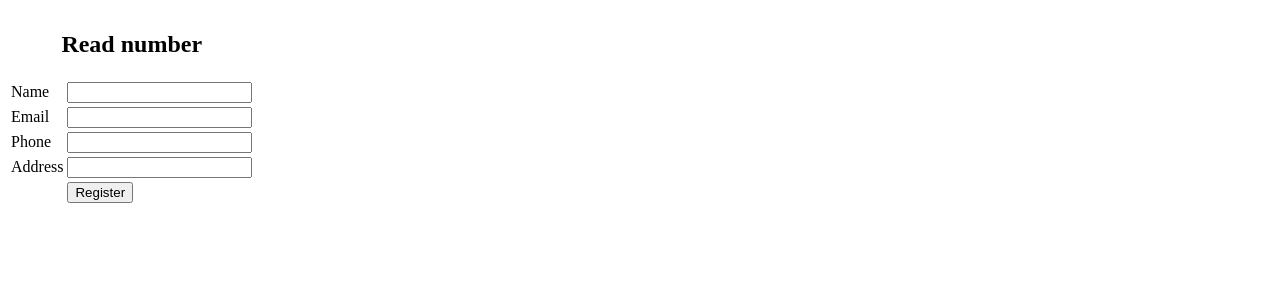
Repository: nguyenhung50497/MD3_templateStaticFile
Page: BT_ungDungDocSoThanhChu/views/index.html
An editor plug-in stored every save of this project. The page is shown before and after the next save, followed by the edit.
The browser window is 1280 px wide. The pictures show the whole page.

Above is the page before, as saved 2022-12-14 13:39:46.

### BT_ungDungDocSoThanhChu/views/index.html
<!DOCTYPE html>
<html lang="en">
<head>
    <meta charset="UTF-8">
    <title>Register</title>
</head>
<body>
<form action="/upload" method="post" enctype="multipart/form-data">
    <table>
        <tr>
            <td colspan="2">
                <h2 style="text-align: center">Read number</h2>
            </td>
        </tr>
        <tr>
            <td>Name</td>
            <td><input type="text" name="name" required></td>
        </tr>
        <tr>
            <td>Email</td>
            <td><input type="text" name="email" required></td>
        </tr>
        <tr>
            <td>Phone</td>
            <td><input type="text" name="phone" required></td>
        </tr>
        <tr>
            <td>Address</td>
            <td><input type="text" name="address" required></td>
        </tr>
        <tr>
            <td></td>
            <td>
                <button type="submit">Register</button></td>
        </tr>
    </table>
</form>
</body>
</html>

After the next save:
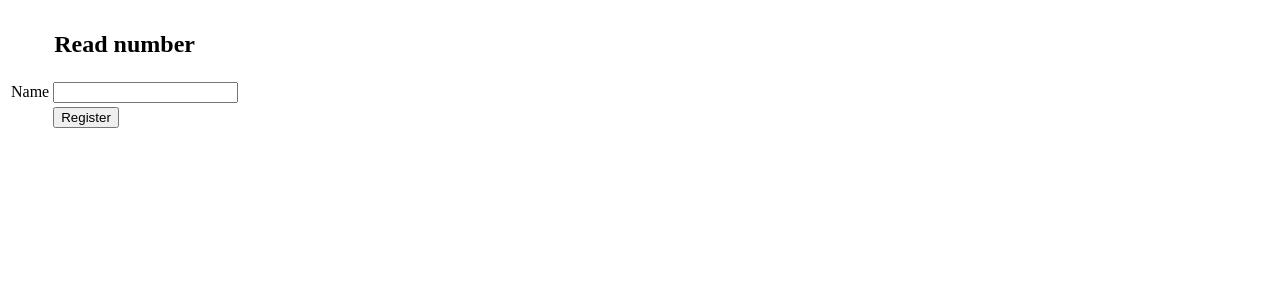
Saved 9 s later.
--- a/BT_ungDungDocSoThanhChu/views/index.html
+++ b/BT_ungDungDocSoThanhChu/views/index.html
@@ -17,18 +17,6 @@
             <td><input type="text" name="name" required></td>
         </tr>
         <tr>
-            <td>Email</td>
-            <td><input type="text" name="email" required></td>
-        </tr>
-        <tr>
-            <td>Phone</td>
-            <td><input type="text" name="phone" required></td>
-        </tr>
-        <tr>
-            <td>Address</td>
-            <td><input type="text" name="address" required></td>
-        </tr>
-        <tr>
             <td></td>
             <td>
                 <button type="submit">Register</button></td>
